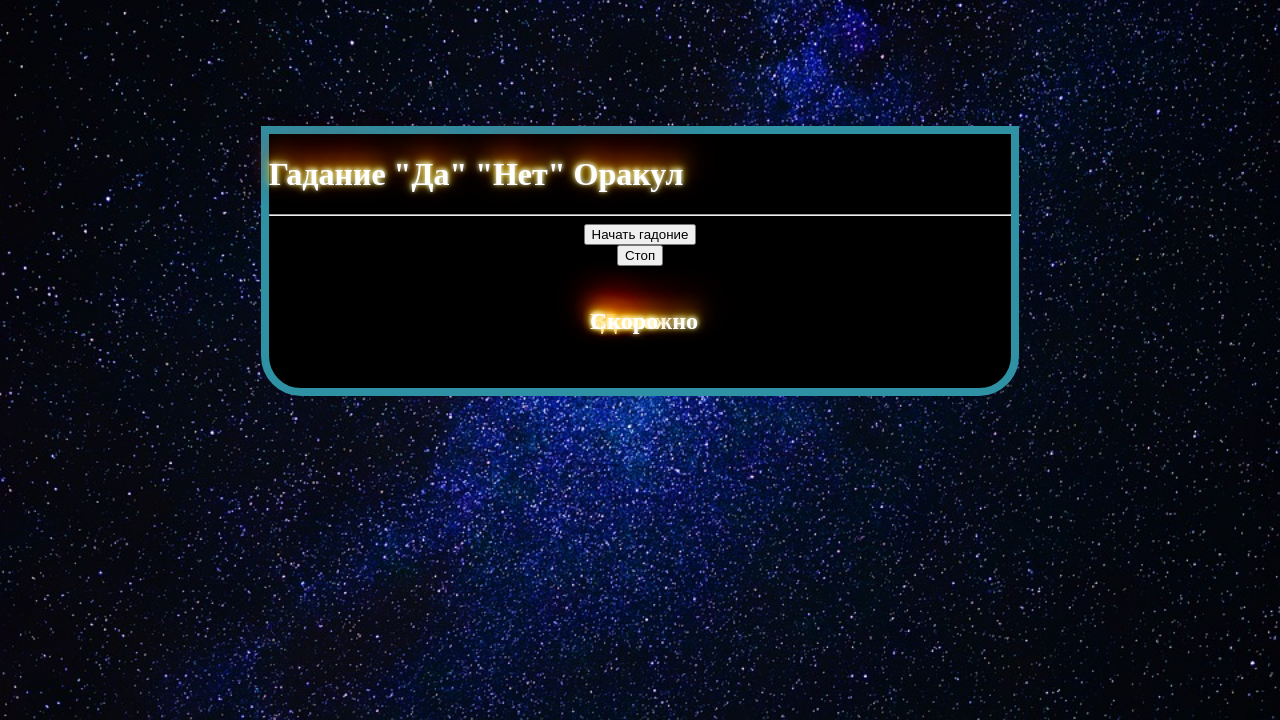
Repository: vadhub/JSP-Service
Page: http://localhost/JSPage/
These files come from the project's save history. The page is drawn as it stood at one moment and after the next save; the edit follows.
The browser window is 1280 px wide. The pictures show the whole page.
The page is served by Tomcat 9. Other server files are loaded and not shown.

Above is the page before, as saved 2019-07-23 09:30:17.
Console error: ReferenceError: docement is not defined

### JSPage/WebContent/index.jsp
<%@page import="java.io.PrintWriter"%>
<%@ page language="java" contentType="text/html; charset=UTF-8" pageEncoding="UTF-8"%>
<!DOCTYPE html>
<html>
<head>
<meta charset="UTF-8">
<title>Service</title>

<link rel="stylesheet" href="${pageContext.request.contextPath}/styles.css">
<script type="text/javascript" src="${pageContext.request.contextPath}/scripts.js"></script>

</head>
<body>
<div class=cont>
<h1>Гадание "Дa" "Нет"     Оракул</h1>

<hr/>
<%!String answers[] = {"Да", "Нет", "Возможно", "Скоро"}; %>
<%!int i = (int) (Math.random()*4); %>


<center>
 <form method="post">
 <input type="submit" name="button1" value="Начать гадоние"/>

 </form>
 <input type="submit" name="but" value="Стоп" onclick="anima.nextElementSibling.classList.toggle('paused');" id="stopbtn"/>
<div>
 	<div class="loader" id="anima">
 	 <span><h2>Да</h2></span>
  	<span><h2>Нет</h2></span>
  	<span><h2>Возможно</h2></span>
  	<span><h2>Скоро</h2></span>

  	<h1><%if(request.getParameter("button1") != null){ %>
		<%= answers[i]%>
		<%}%>
	</h1>
	</div>
</div>
<center/>

</div>
</body>
</html>

### JSPage/WebContent/styles.css
h1{

	color: #FFFFFF;
	background: #000;
	text-shadow: 0 -1px 4px #FFF, 0 -2px 10px #ff0, 0 -10px 20px #ff8000, 0 -18px 40px #F00;
}


div.cont{
	margin-top:10%;
	margin-bottom:-5%;
	margin-left:20%;
	margin-right:20%;
	border: 8px solid #2E91A4;
	border-radius: 0px 0px 40px 40px;
	background: #000;
}


@keyframes loader {
  0% {transform:rotate(0deg)}

  100%{transform:rotate(0deg)}}
@keyframes span-1 {
  0% {transform:translate(100px);}
  50% {transform:translate(50px);}
  100%{transform:translate(0);}}
@keyframes span-2 {
   0% {transform:translate(0px, 50px);}
  50% {transform:translate(0, 20px);}
  100%{transform:translate(0);}}
@keyframes span-3 {
   0% {transform:translate(0px, -50px);}
  50% {transform:translate(0, -20px);}
  100%{transform:translate(0);}}
@keyframes span-4 {
  0% {transform:translate(-100px);}
  50% {transform:translate(-50px);}
  100%{transform:translate(0);}}


.loader {
  width: 100px;
  height: 100px;
  position: relative;
  animation: loader 2s infinite ease-in-out;
  color: #FFFFFF;
  text-shadow: 0 -1px 4px #FFF, 0 -2px 10px #ff0, 0 -10px 20px #ff8000, 0 -18px 40px #F00;
}

.loader span {
  width: 50px;
  height: 50px;
  position: absolute;
  left: 0;
  top: 0;

}
.loader span:nth-child(1) {
 	animation: span-1 5s ease-in-out;
}
.loader span:nth-child(2) {
  animation: span-2 5s ease-in-out;
}
.loader span:nth-child(3) {
  animation: span-3 5s ease-in-out;
}
.loader span:nth-child(4) {
  animation: span-4 5s ease-in-out;
  }

body{
	background: url(0.jpg) no-repeat;
    -moz-background-size: 100%; /* Firefox 3.6+ */
    -webkit-background-size: 100%; /* Safari 3.1+ è Chrome 4.0+ */
    -o-background-size: 100%; /* Opera 9.6+ */
    background-size: 100%; /* Ñîâðåìåííûå áðàóçåðû *
}

### JSPage/WebContent/scripts.js
docement.getElementById("stopbtn").addEventListener("click", function() {
	docement.getElementById("anima").style.animation = "";
})

After the next save:
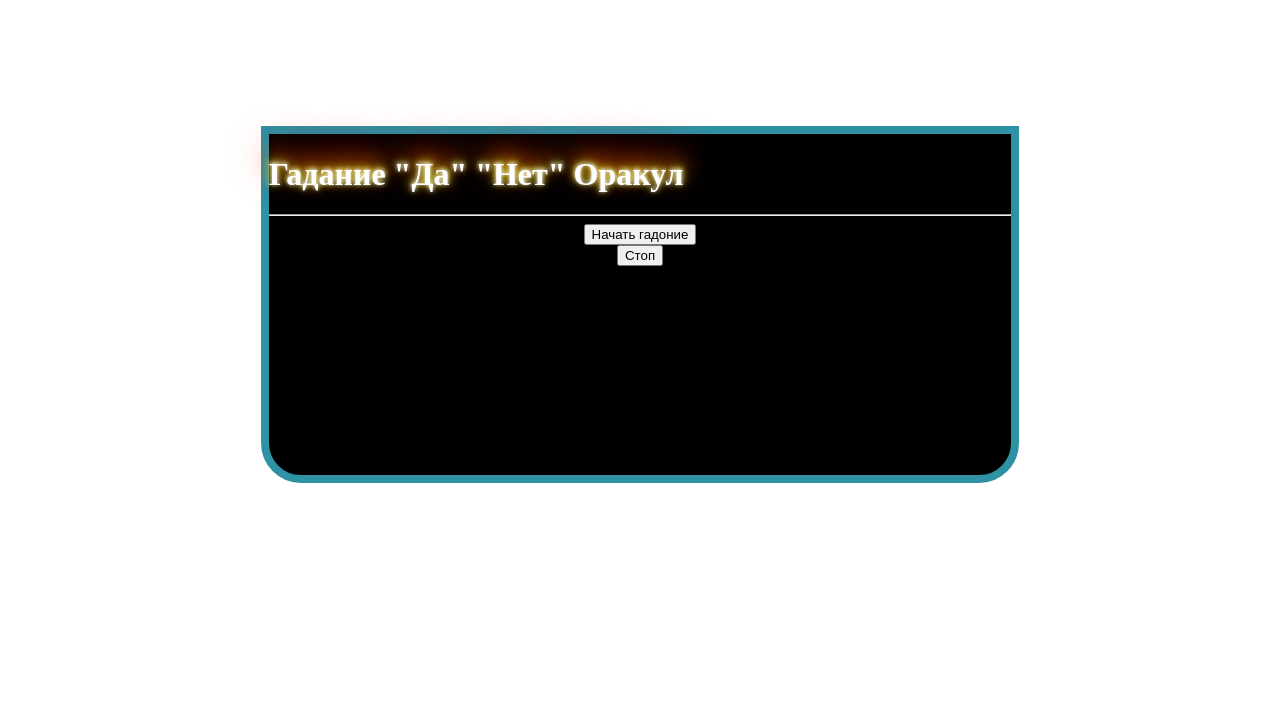
Saved 68 s later.
--- a/JSPage/WebContent/styles.css
+++ b/JSPage/WebContent/styles.css
@@ -18,7 +18,7 @@
 
 
 @keyframes loader {
-  0% {transform:rotate(0deg)}
+  0% {
 
   100%{transform:rotate(0deg)}}
 @keyframes span-1 {

After the save that followed:
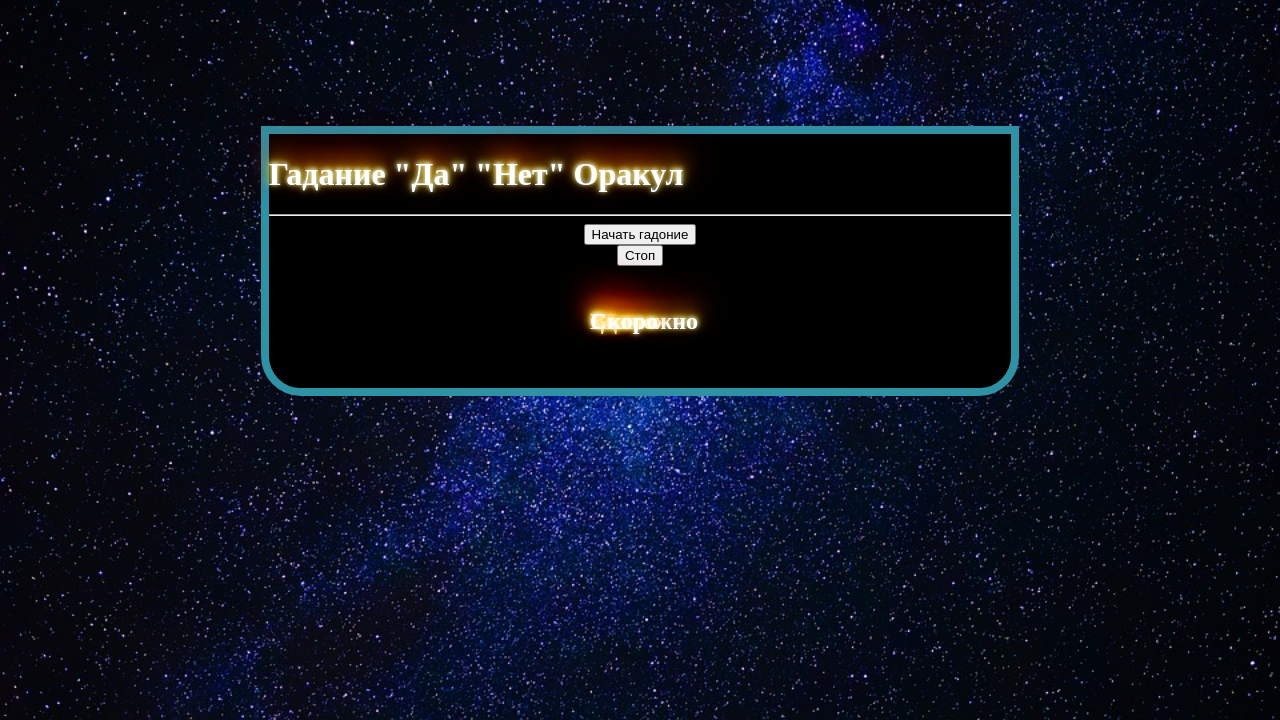
Saved 82 s later.
--- a/JSPage/WebContent/styles.css
+++ b/JSPage/WebContent/styles.css
@@ -17,10 +17,6 @@
 }
 
 
-@keyframes loader {
-  0% {
-
-  100%{transform:rotate(0deg)}}
 @keyframes span-1 {
   0% {transform:translate(100px);}
   50% {transform:translate(50px);}
